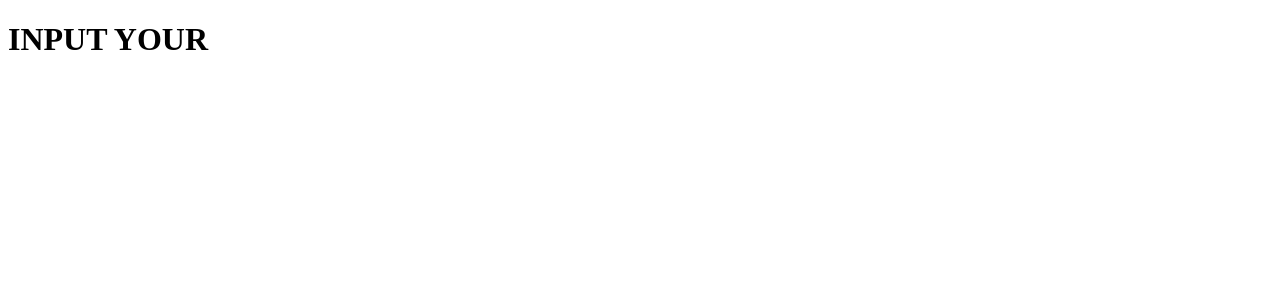
Repository: SharonSebastian32/Paragraph_management_application
Page: index.html
These files come from the project's save history. The page is drawn as it stood at one moment and after a run of saves; the edit follows.
The browser window is 1280 px wide. The pictures show the whole page.

Above is the page before, as saved 2024-08-22 14:26:03.

After the next 2 saves:
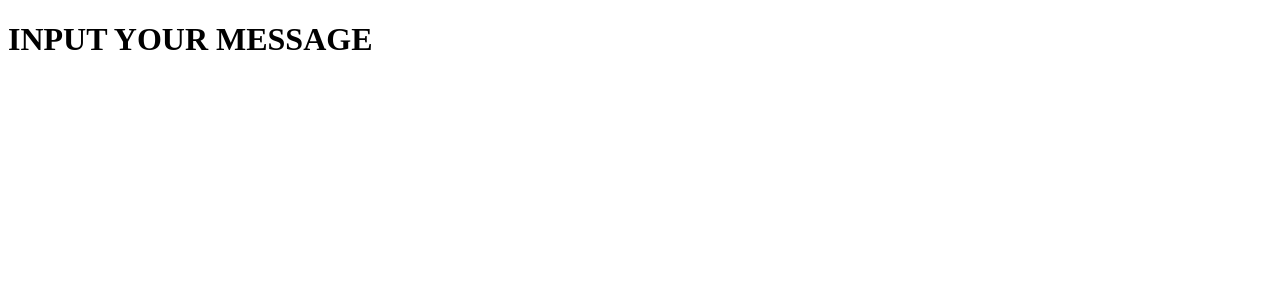
The 2 saves are shown as one change because they came seconds apart.
The last was saved 6 s later.
--- a/index.html
+++ b/index.html
@@ -7,7 +7,8 @@
 </head>
 <body>
      <div class="container">
-        <h1>INPUT YOUR </h1>
+        <h1>INPUT YOUR MESSAGE</h1>
+
      </div>
 </body>
 </html>
